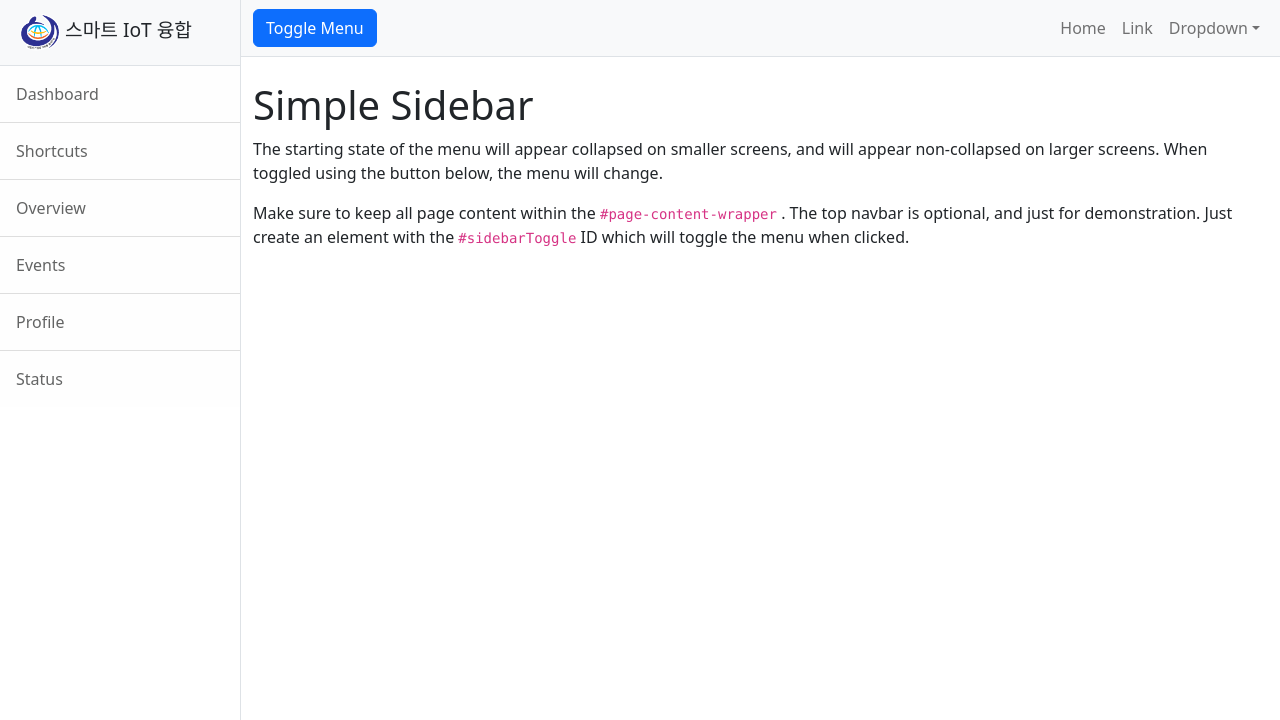
Repository: honsb91/Study_Spring
Page: http://localhost/02.Smart/WEB-INF/views/layout.jsp
An editor plug-in stored every save of this project. The page is shown before and after the next save, followed by the edit.
The browser window is 1280 px wide. The pictures show the whole page.
The page is served by Tomcat 9. Nobody is signed in. Other server files are loaded and not shown. The template is opened directly, without the code that normally fills it, so the values that code supplies are empty.

Above is the page before, as saved 2023-12-21 02:33:43.

### WorkSpace/02.Smart/src/main/webapp/WEB-INF/views/layout.jsp
<%@ page language="java" contentType="text/html; charset=UTF-8"
	pageEncoding="UTF-8"%>
<%@ taglib uri="http://java.sun.com/jsp/jstl/core" prefix="c"%>
<!DOCTYPE html>
<html>
<body>
<head>
<meta charset="utf-8" />
<meta name="viewport"
	content="width=device-width, initial-scale=1, shrink-to-fit=no" />
<meta name="description" content="" />
<meta name="author" content="" />
<title>Simple Sidebar - Start Bootstrap Template</title>
<!-- Favicon-->
<link rel="icon" type="image/x-icon" href="img/hanul.ico" />
<!-- Core theme CSS (includes Bootstrap)-->
<link href="css/styles.css" rel="stylesheet" />
</head>
<body>
	<div class="d-flex" id="wrapper">
		<!-- Sidebar-->
		<div class="border-end bg-white" id="sidebar-wrapper">
			<div class="sidebar-heading border-bottom bg-light">
				<img src="img/hanul.logo.png" style="width: 20%">
				<span>스마트 IoT 융합</span>
			</div>
			<div class="list-group list-group-flush">
				<a
					class="list-group-item list-group-item-action list-group-item-light p-3"
					href="#!">Dashboard</a> <a
					class="list-group-item list-group-item-action list-group-item-light p-3"
					href="#!">Shortcuts</a> <a
					class="list-group-item list-group-item-action list-group-item-light p-3"
					href="#!">Overview</a> <a
					class="list-group-item list-group-item-action list-group-item-light p-3"
					href="#!">Events</a> <a
					class="list-group-item list-group-item-action list-group-item-light p-3"
					href="#!">Profile</a> <a
					class="list-group-item list-group-item-action list-group-item-light p-3"
					href="#!">Status</a>
			</div>
		</div>
		<!-- Page content wrapper-->
		<div id="page-content-wrapper">
			<!-- Top navigation-->
			<nav
				class="navbar navbar-expand-lg navbar-light bg-light border-bottom">
				<div class="container-fluid">
					<button class="btn btn-primary" id="sidebarToggle">Toggle
						Menu</button>
					<button class="navbar-toggler" type="button"
						data-bs-toggle="collapse" data-bs-target="#navbarSupportedContent"
						aria-controls="navbarSupportedContent" aria-expanded="false"
						aria-label="Toggle navigation">
						<span class="navbar-toggler-icon"></span>
					</button>
					<div class="collapse navbar-collapse" id="navbarSupportedContent">
						<ul class="navbar-nav ms-auto mt-2 mt-lg-0">
							<li class="nav-item active"><a class="nav-link" href="#!">Home</a></li>
							<li class="nav-item"><a class="nav-link" href="#!">Link</a></li>
							<li class="nav-item dropdown"><a
								class="nav-link dropdown-toggle" id="navbarDropdown" href="#"
								role="button" data-bs-toggle="dropdown" aria-haspopup="true"
								aria-expanded="false">Dropdown</a>
								<div class="dropdown-menu dropdown-menu-end"
									aria-labelledby="navbarDropdown">
									<a class="dropdown-item" href="#!">Action</a> <a
										class="dropdown-item" href="#!">Another action</a>
									<div class="dropdown-divider"></div>
									<a class="dropdown-item" href="#!">Something else here</a>
								</div></li>
						</ul>
					</div>
				</div>
			</nav>
			<!-- Page content-->
			<div class="container-fluid">
				<h1 class="mt-4">Simple Sidebar</h1>
				<p>The starting state of the menu will appear collapsed on
					smaller screens, and will appear non-collapsed on larger screens.
					When toggled using the button below, the menu will change.</p>
				<p>
					Make sure to keep all page content within the
					<code>#page-content-wrapper</code>
					. The top navbar is optional, and just for demonstration. Just
					create an element with the
					<code>#sidebarToggle</code>
					ID which will toggle the menu when clicked.
				</p>
			</div>
		</div>
	</div>
	<!-- Bootstrap core JS-->
	<script
		src="https://cdn.jsdelivr.net/npm/bootstrap@5.2.3/dist/js/bootstrap.bundle.min.js"></script>
	<!-- Core theme JS-->
	<script src="js/scripts.js"></script>
</body>
</body>

</html>

### WorkSpace/02.Smart/src/main/webapp/resources/js/scripts.js
/*!
* Start Bootstrap - Simple Sidebar v6.0.6 (https://startbootstrap.com/template/simple-sidebar)
* Copyright 2013-2023 Start Bootstrap
* Licensed under MIT (https://github.com/StartBootstrap/startbootstrap-simple-sidebar/blob/master/LICENSE)
*/
//
// Scripts
//

window.addEventListener('DOMContentLoaded', event => {

    // Toggle the side navigation
    const sidebarToggle = document.body.querySelector('#sidebarToggle');
    if (sidebarToggle) {
        // Uncomment Below to persist sidebar toggle between refreshes
        // if (localStorage.getItem('sb|sidebar-toggle') === 'true') {
        //     document.body.classList.toggle('sb-sidenav-toggled');
        // }
        sidebarToggle.addEventListener('click', event => {
            event.preventDefault();
            document.body.classList.toggle('sb-sidenav-toggled');
            localStorage.setItem('sb|sidebar-toggle', document.body.classList.contains('sb-sidenav-toggled'));
        });
    }

});

Loaded but not shown: WorkSpace/02.Smart/src/main/webapp/resources/css/styles.css (library)

After the next save:
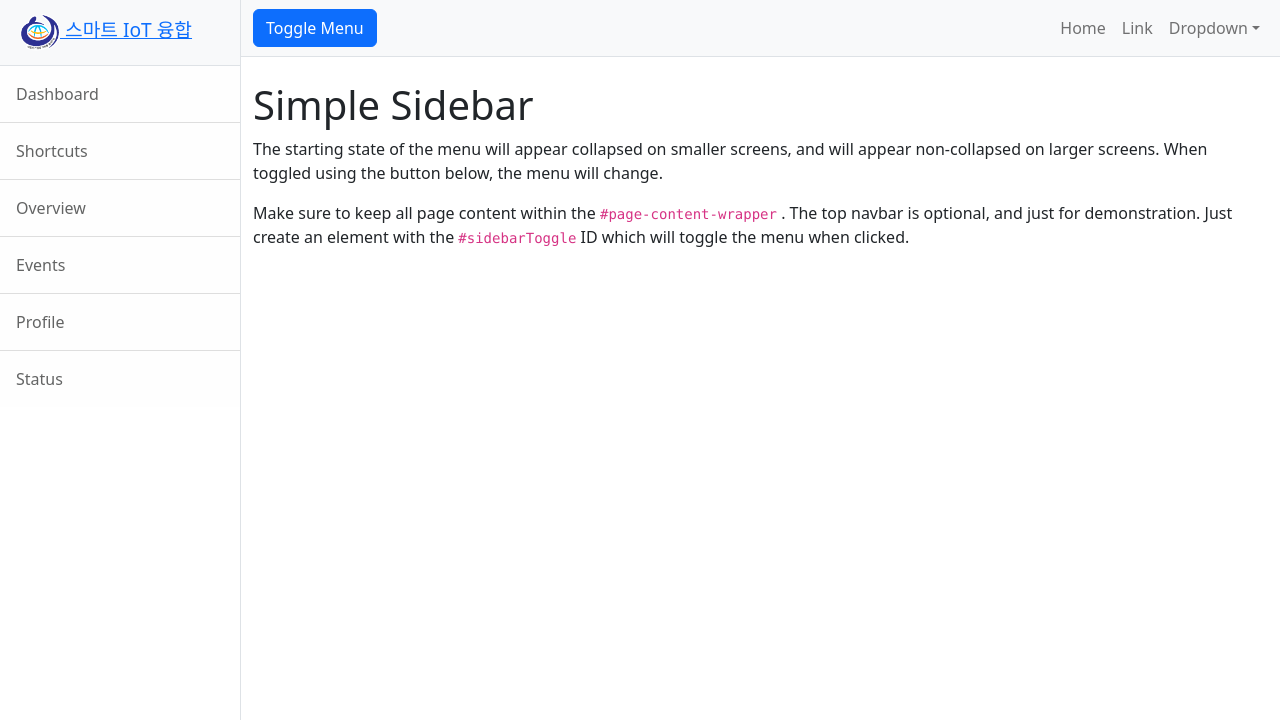
Saved 59 s later.
--- a/WorkSpace/02.Smart/src/main/webapp/WEB-INF/views/layout.jsp
+++ b/WorkSpace/02.Smart/src/main/webapp/WEB-INF/views/layout.jsp
@@ -21,8 +21,10 @@
 		<!-- Sidebar-->
 		<div class="border-end bg-white" id="sidebar-wrapper">
 			<div class="sidebar-heading border-bottom bg-light">
-				<img src="img/hanul.logo.png" style="width: 20%">
-				<span>스마트 IoT 융합</span>
+				<a href="<c:url value='/'/>">
+					<img src="img/hanul.logo.png" style="width: 20%">
+					<span>스마트 IoT 융합</span>
+				</a>
 			</div>
 			<div class="list-group list-group-flush">
 				<a
